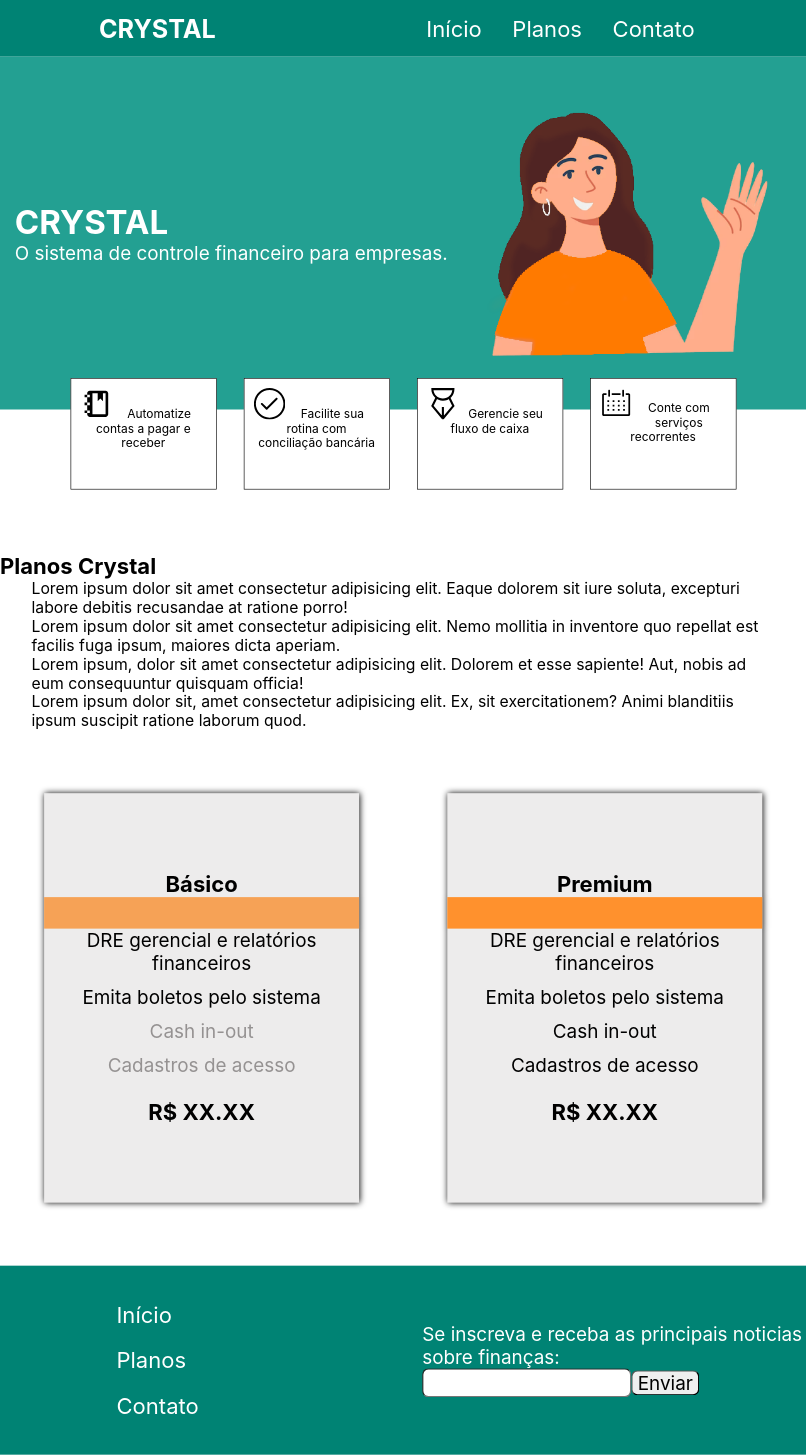
Repository: Matheus904-12/Crystallize
Page: index.html
The author's editor kept a copy of each file at every save. The page is drawn from the files as they stood at one save, then again after the next save.
The browser window is 1280 px wide. The pictures show the whole page, at 63% of full size.
Some web fonts or font styles are not loaded; a fallback is used.

Above is the page before, as saved 2023-07-24 20:10:21.

### index.html
<!DOCTYPE html>
<html lang="pt-br">

<head>
    <meta charset="UTF-8">
    <meta name="viewport" content="width=device-width, initial-scale=1.0">

    <title>Crystal</title>

    <link rel="stylesheet" href="style.css">

</head>

<body>

    <header id="header">

        <h1 class="textoBranco logo">
            CRYSTAL
        </h1>

        <div class="textoBranco links">
            <a href="#header" class="paginas">Início</a>
            <a href="#planosOPC" class="paginas">Planos</a>
            <a href="contato.html" class="paginas">Contato</a>
        </div>

    </header>
    <section class="destaque">
        <div id="textLateral">
            <div class="textoBranco" id="titulo">
                <h1>CRYSTAL</h1>
            </div>
            <div class="textoBranco">
                <p>O sistema de controle financeiro para empresas.</p>
            </div>
        </div>
        <div class="textoBranco">
            <img src="mulher.png" alt="mulher acenando">
        </div>
    </section>
    <div class="boxes">
        <div class="box">
            <img src="planner.svg" alt="Logotipo">
            <h1></h1>
            <p>Automatize contas a pagar e receber</p>
        </div>
        <div class="box">
            <img src="check.svg" alt="Logotipo">
            <h1></h1>
            <p>Facilite sua rotina com conciliação bancária</p>
        </div>
        <div class="box">
            <img src="caneta.svg" alt="Logotipo">
            <h1></h1>
            <p>Gerencie seu fluxo de caixa</p>
        </div>
        <div class="box">
            <img src="calendario.svg" alt="Logotipo">
            <h1></h1>
            <p style="margin-top: 20px;">Conte com serviços recorrentes</p>
        </div>
    </div>

    <section id="planosOpc">
        <h1 class="textoPadrao planoTitulo">
            Planos Crystal
        </h1>
        <div class="textoPadrao planoTexto">
            <p>Lorem ipsum dolor sit amet consectetur adipisicing elit. Eaque dolorem sit iure soluta, excepturi labore debitis recusandae at ratione porro!</p>
            <p>Lorem ipsum dolor sit amet consectetur adipisicing elit. Nemo mollitia in inventore quo repellat est facilis fuga ipsum, maiores dicta aperiam.</p>
            <p>Lorem ipsum, dolor sit amet consectetur adipisicing elit. Dolorem et esse sapiente! Aut, nobis ad eum consequuntur quisquam officia!</p>
            <p>Lorem ipsum dolor sit, amet consectetur adipisicing elit. Ex, sit exercitationem? Animi blanditiis ipsum suscipit ratione laborum quod.</p>
        </div>
    </section>

    <nav class="opcoes">
        <div class="basic">
            <h2>Básico</h2>
            <div class="faixaBasic"></div>
            <p class="textoPadrao">DRE gerencial e relatórios financeiros</p>
            <br>
            <p class="textoPadrao">Emita boletos pelo sistema</p>
            <br>
            <p class="textoPadrao desativado">Cash in-out</p>
            <br>
            <p class="textoPadrao desativado">Cadastros de acesso</p>
            <br>
            <br>
            <h2>R$ XX.XX</h2>
        </div>

        <div class="premium">
            <h2>Premium</h2>
            <div class="faixa"></div>
            <p class="textoPadrao">DRE gerencial e relatórios financeiros</p>
            <br>
            <p class="textoPadrao">Emita boletos pelo sistema</p>
            <br>
            <p class="textoPadrao">Cash in-out</p>
            <br>
            <p class="textoPadrao">Cadastros de acesso</p>
            <br>
            <br>
            <h2>R$ XX.XX</h2>

        </div>
    </nav>

    <footer>
        <div class="textoBranco coluna">
            <a href="#header" class="paginasVertical">Início</a>
            <a href="#planosOPC" class="paginasVertical">Planos</a>
            <a href="contato.html" class="paginasVertical">Contato</a>
        </div>

        <div id="inscrever">
            <div class="coluna">
                <p class="textoBranco" id="inscricao">Se inscreva e receba as principais noticias sobre finanças:</p>
                <br>
                <br>
                <br>
                <br>
                <div class="inscreverse">
                    <input id="email" type="email">

                    <button id="enviar">Enviar</button>
                </div>
            </div>
        </div>
    </footer>
</body>

</html>

### style.css
/* RESET */

* {
    margin: 0;
}

/* FIM RESET */

/* PADRAO */

@font-face {
    font-family: "inter";
    src: url(atributos/fontInter/Inter-VariableFont_slnt\,wght.ttf);
}

h2 {
    font-size: 35px;
    font-family: "inter";
}

.textoBranco {
    font-family: "inter";
    color: #fff;
    font-size: 30px;
}

.textoPadrao {
    font-family: "inter";
    font-size: 30px;
}

html {
    scroll-behavior: smooth;
}

/* FIM PADRAO */


/* HEADER */

#header {
    background-color: #008374;
    width: 100vw;
    height: 90px;

    display: flex;
    justify-content: space-around;
    align-items: center;

}

.logo {
    font-size: 40px;
    color: #fff;
  }



.paginas {
    font-size: 35px;
    color: #fff;
    text-decoration: none;
    padding: 0px 20px;
}

/* FIM HEADER */

/* DESTAQUE */

.destaque {
    display: flex;
    align-items: center;
    justify-content: space-around;
    width: 100vw;
    height: 560px;

    background-color: #23A092;
}

#titulo {
    font-family: "inter";
    font-size: 35px;

}

/* FIM DESTAQUE*/










/* PLANOS */

.planosOpc {
    position: absolute;
    display: flex;
    width: 100px;
    height: 200px;
    font-size: 25px;
    flex-wrap: wrap;
  }

  .planoTitulo {
    font-size: 35px;
  }

  .planoTexto {
    padding: 0px 50px 0px 50px;
    font-size: 25px;
    word-wrap: wrap;
  }

/* FIM PLANOS */

/* OPCOES */

.opcoes {
    padding: 100px 0px;
    width: 100vw;
    display: flex;
    justify-content: space-around;
    text-align: center;
}

.faixa {
    width: 500px;
    height: 50px;

    background-color: #FF912D;
}

.faixaBasic {
    width: 500px;
    height: 50px;

    background-color: #F6A256;
}



.basic {
            background-color: #EDECEC;

            width: 500px;
            height: 650px;

            display: flex;
            justify-content: center;
            flex-direction: column;

            filter: drop-shadow(1px 0px 5px #000000);

        }

.desativado {
    color: #959292;
}

.premium {
            background-color: #EDECEC;

            width: 500px;
            height: 650px;

            display: flex;
            justify-content: center;
            flex-direction: column;

            filter: drop-shadow(1px 0px 5px #000000);
        }
/* FIM OPCOES */
/* RODAPE */

footer {
    width: 100vw;
    height: 300px;

    display: flex;
    align-items: center;
    justify-content: space-around;

    background-color: #008374;
}

 .coluna {
    display: flex;
    flex-direction: column;}


.paginasVertical {
    padding: 15px;
    font-size: 35px;
    color: #fff;
    text-decoration: none;
}

#inscrever {
    width: 440px;
    height: 300px;

    flex-direction: column;
    display: flex;
    align-content: center;
    justify-content: space-around;

}

#inscricao {
    position: absolute;
}

#email {
    width: 400px;
    height: 40px;
    border-radius: 10px;
}

#enviar {
    width: 130px;
    height: 40px;

    border-radius: 10px;
    font-size: 30px;
    font-family: "inter";
}

.inscreverse {
    display: flex;
    align-items: center;
}
/*Caxinhas*/
.box {
    width: 200px;
    height: 145px;
    border: 1px solid black;
    padding: 15px;
    margin: 10px;
    margin-top: -50px;
    background-color: #FFF;
  }

  .box h1 {
    font-size: 20px;
    font-weight: bold;
  }

  .box p {
    color: #000;
    font-family: Inter;
    font-size: 19px;
    font-style: normal;
    font-weight: 400;
    line-height: normal;
    margin-top: 30px;
    text-align: center;
  }

  .box img {
    width: 50px;
    height: 50px;
    float:inline-start;
    margin-right: 10px;
    margin-top: 80px;
  }

  .boxes {
    display: flex;
    justify-content: space-around;
    align-items: center;
    padding: 90px;
    margin-top: -90px;
  }

  .box img {
    display: block;
    margin: 0 auto;
  }

  .box {
    display: inline-block;
  }

  /* INFORMACOES */

.info {
    display: flex;
    flex-direction: column;

    margin: 100px 500px

}

.comoContatar {
    margin: 100px 100px
}
/* FIM INFORMACOES */

After the next save:
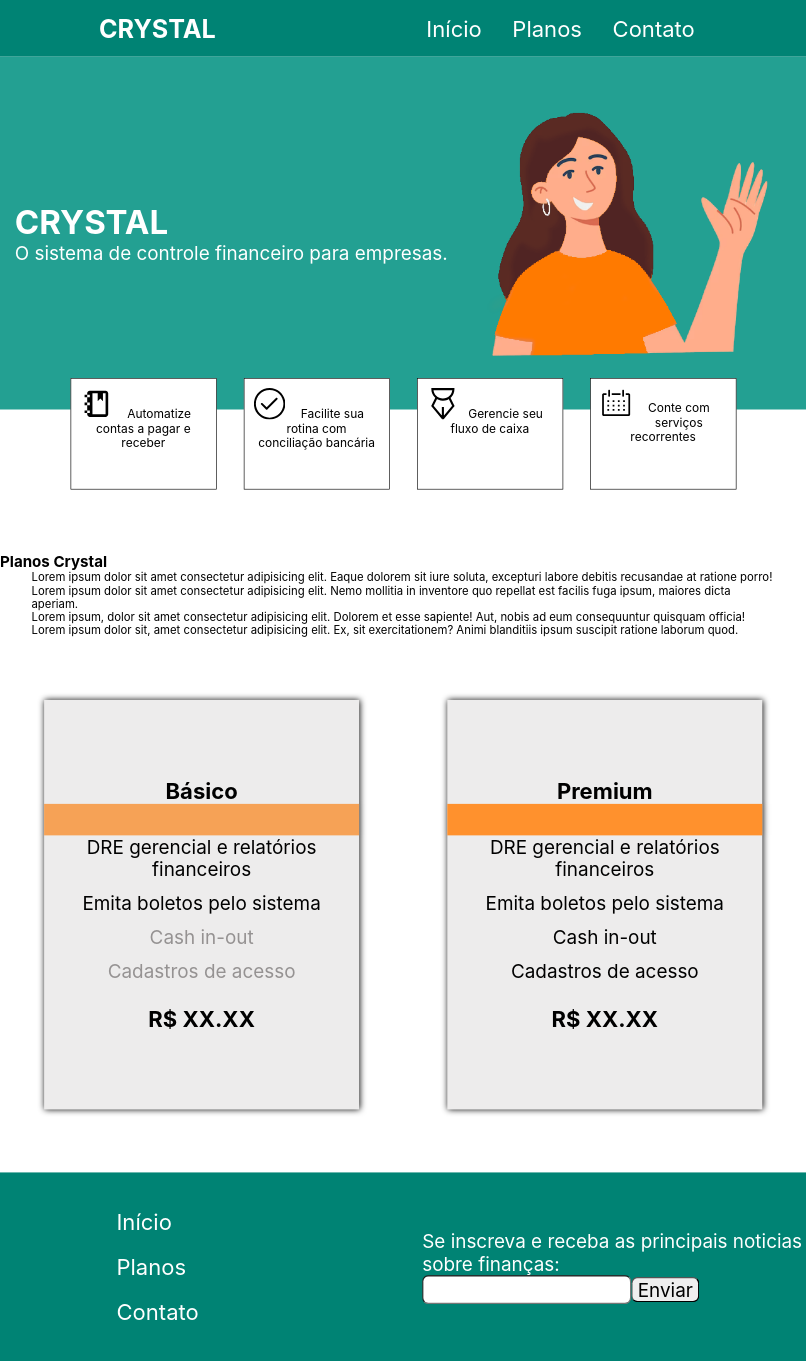
Saved 3 min 3 s later.
--- a/style.css
+++ b/style.css
@@ -101,20 +101,19 @@ html {
     display: flex;
     width: 100px;
     height: 200px;
-    font-size: 25px;
+    font-size: 18px;
     flex-wrap: wrap;
   }
 
   .planoTitulo {
-    font-size: 35px;
+    font-size: 24px;
   }
 
   .planoTexto {
     padding: 0px 50px 0px 50px;
-    font-size: 25px;
+    font-size: 18px;
     word-wrap: wrap;
   }
-
 /* FIM PLANOS */
 
 /* OPCOES */
